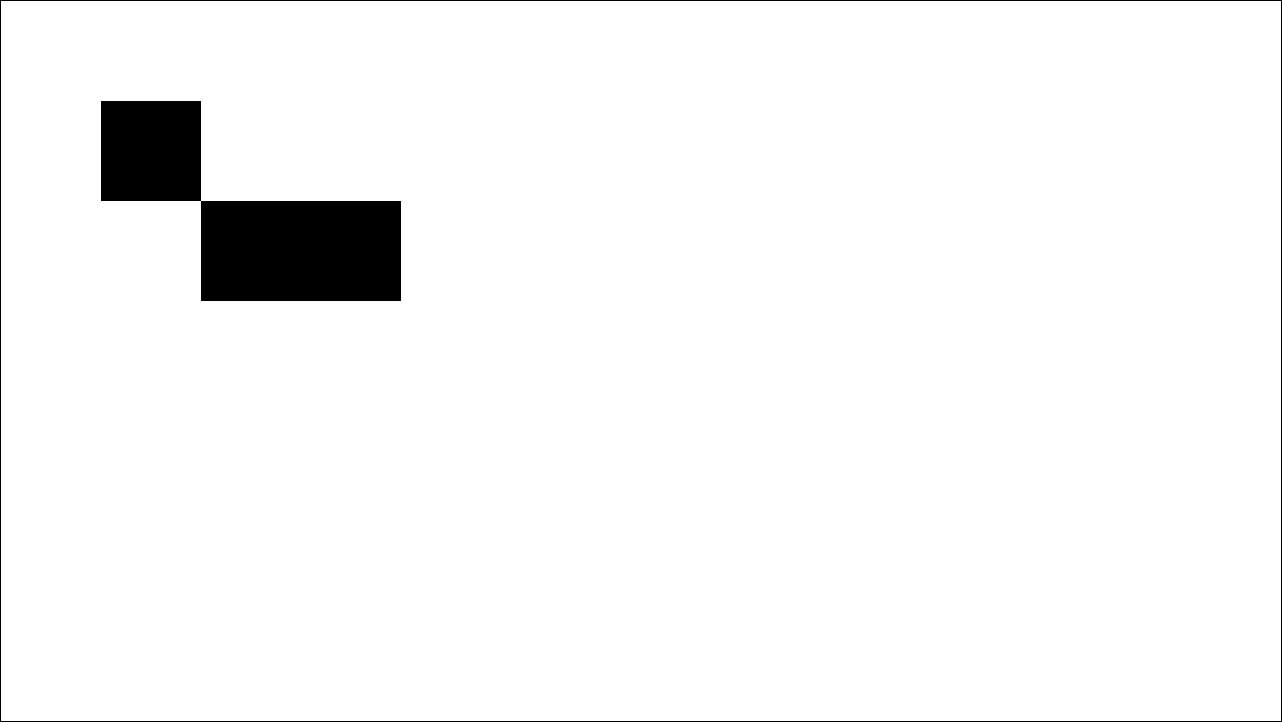
Repository: badhon252/Javascript-practice
Page: 1projects/JavaScript30/08 - Fun with HTML5 Canvas/index-START.html
An editor plug-in stored every save of this project. The page is shown before and after the next save, followed by the edit.
The browser window is 1280 px wide. The page is 1282 px wide, so the pictures cover 1282 px, including what lies to the right of the window. The pictures show the whole page.

Above is the page before, as saved 2022-12-02 23:33:47.

After the next save:
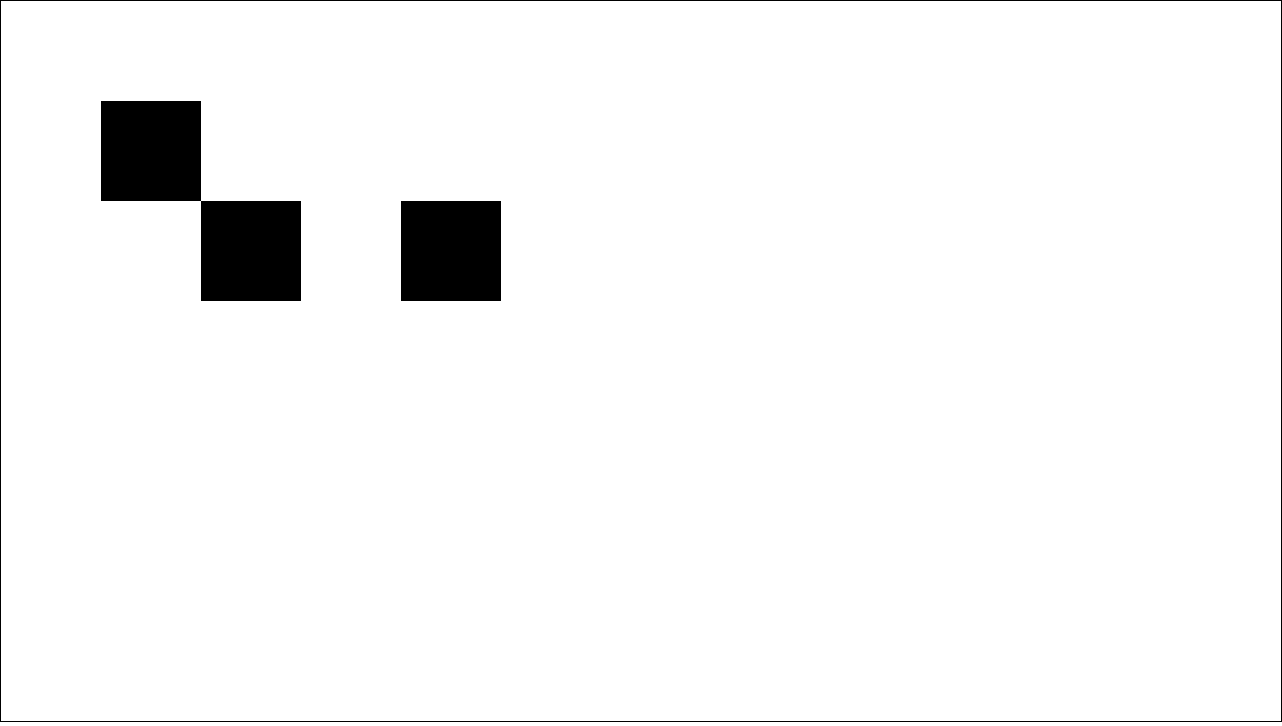
Saved 4 s later.
--- a/1projects/JavaScript30/08 - Fun with HTML5 Canvas/index-START.html
+++ b/1projects/JavaScript30/08 - Fun with HTML5 Canvas/index-START.html
@@ -34,7 +34,7 @@
         // ctx.fillRect(x, y, width, height)
         ctx.fillRect(100, 100, 100, 100);
         ctx.fillRect(200, 200, 100, 100);
-        ctx.fillRect(300, 200, 100, 100);
+        ctx.fillRect(400, 200, 100, 100);
     </script>
 </body>
 
